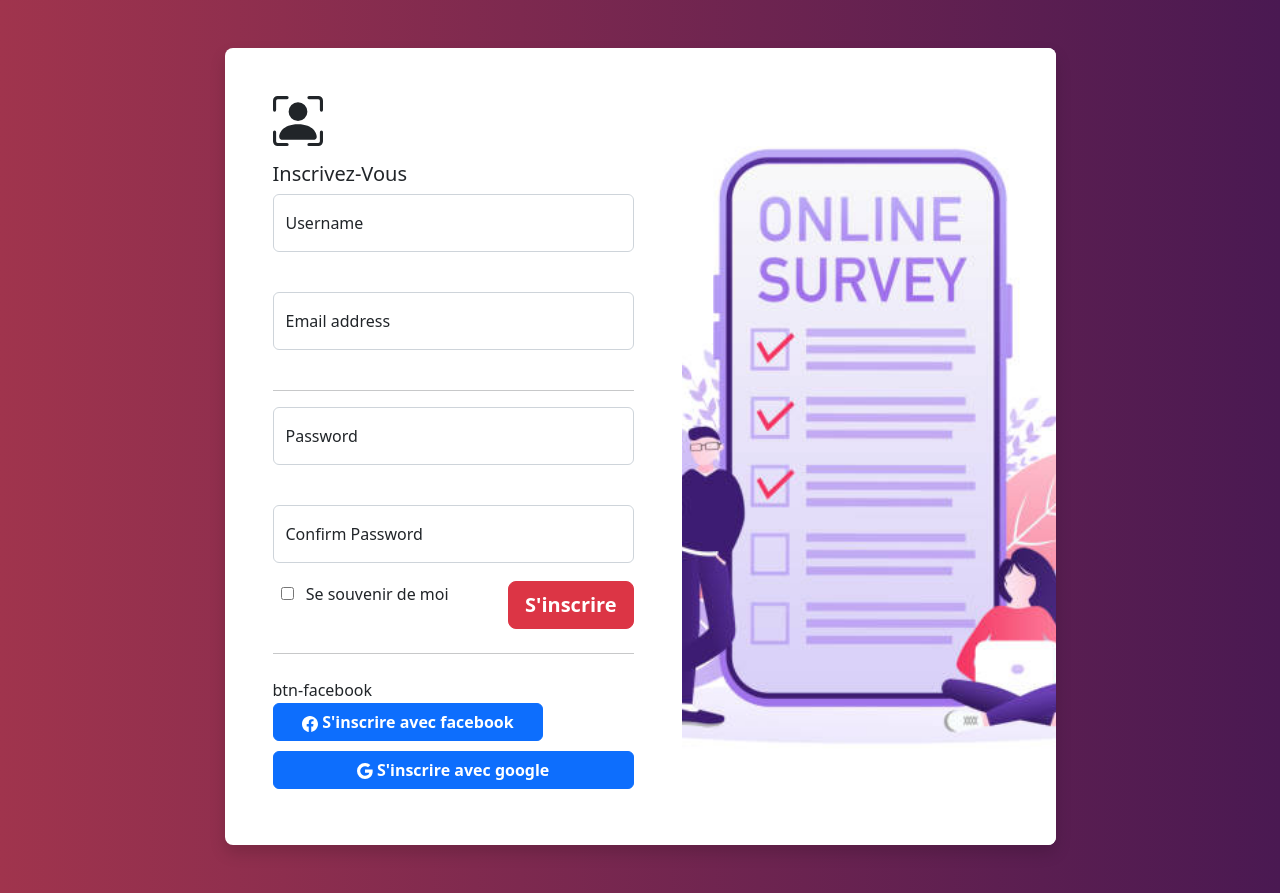
Repository: Djiamil/testsMoustaphaDER
Page: index.html
An editor plug-in stored every save of this project. The page is shown before and after the next save, followed by the edit.
The browser window is 1280 px wide. The pictures show the whole page.

Above is the page before, as saved 2022-12-09 00:59:58.

After the next save:
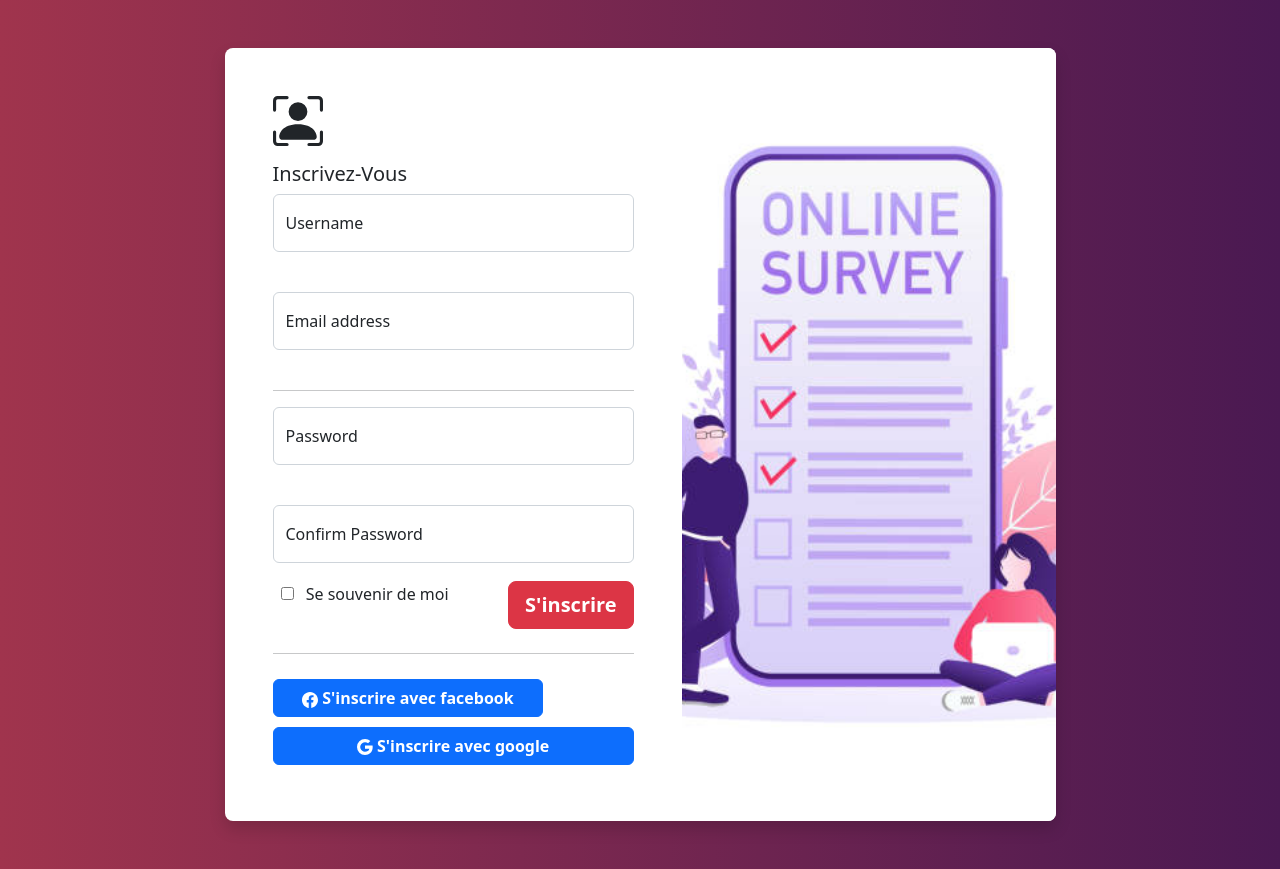
Saved 12 s later.
--- a/index.html
+++ b/index.html
@@ -56,7 +56,7 @@
                         <button class="btn btn-lg btn-danger btn-login fw-bold  mr-25" id="btninscription">S'inscrire</button>
                     </div>
 
-                    <hr class="my-4">btn-facebook
+                    <hr class="my-4">
                 </form>
                     <div class="d-grid mb-2 w-75">
                         <button class="btn btn-primary fw-bold ">
